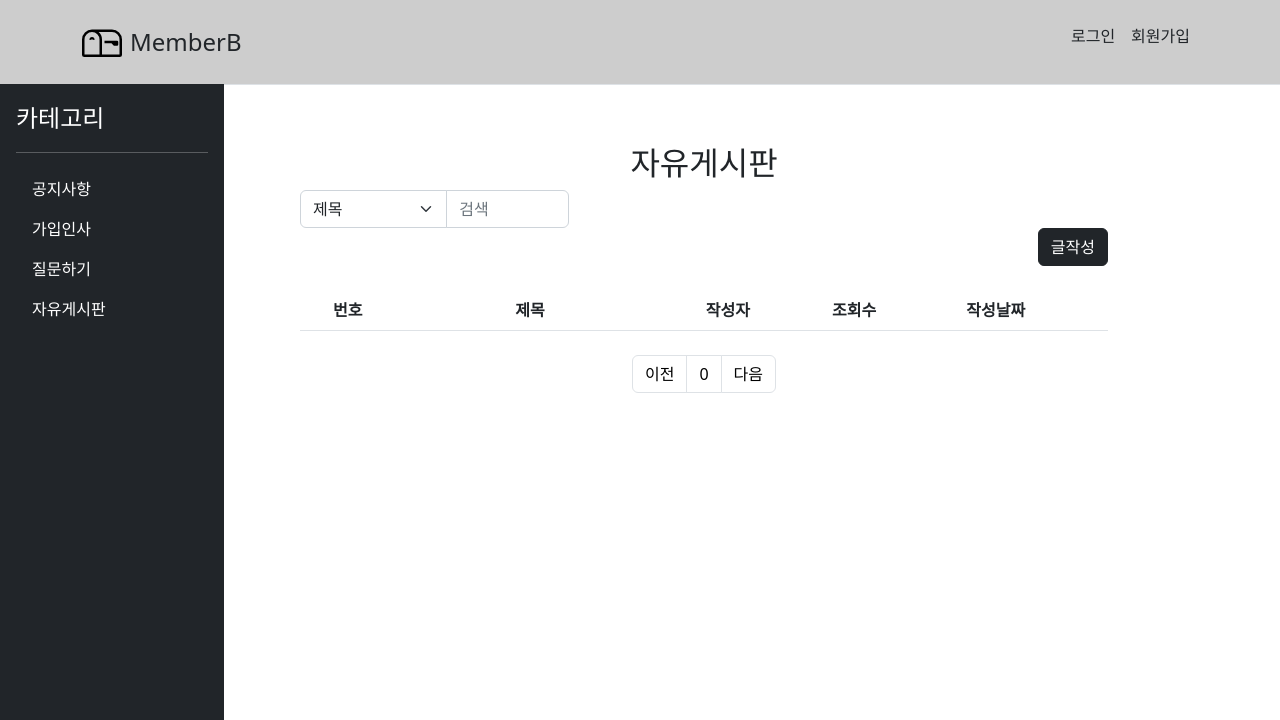
Repository: charmErin/board_220915
Page: http://localhost/board/WEB-INF/views/board/list.jsp
An editor plug-in stored every save of this project. The page is shown before and after the next save, followed by the edit.
The browser window is 1280 px wide. The pictures show the whole page.
The page is served by Tomcat 9. Nobody is signed in. Other server files are loaded and not shown. The template is opened directly, without the code that normally fills it, so the values that code supplies are empty.

Above is the page before, as saved 2022-09-19 00:51:48.

### board/src/main/webapp/WEB-INF/views/board/list.jsp
<%@ page language="java" contentType="text/html; charset=UTF-8"
    pageEncoding="UTF-8"%>
<%@ taglib uri="http://java.sun.com/jsp/jstl/core" prefix="c" %>
<%@ taglib prefix="fmt" uri="http://java.sun.com/jsp/jstl/fmt" %>
<!DOCTYPE html>
<html>
<head>
<meta charset="UTF-8">
<title>Insert title here</title>
<style>
	.body-content {
		margin-top: 9rem;
		margin-left: 15rem;
		padding-left: 3rem;
		padding-right: 10rem;
	}

	h2 {
		text-align: center;
	}

	a {
		text-decoration: none !important;
		color: #000 !important;
	}

	td a:hover {
		color: dodgerblue !important;
		cursor: pointer;
	}

	th {
		text-align: center !important;
	}

	td:not(:nth-child(2)) {
		text-align: center !important;
	}
</style>
</head>
<body>
	<%@include file ="../layout/header.jsp" %>
	<div class="body-content">
	<div class="container my-4">
		<c:choose>
			<c:when test="${category eq 1}">
				<h2>공지사항</h2>
			</c:when>
			<c:when test="${category eq 2}">
				<h2>가입인사</h2>
			</c:when>
			<c:when test="${category eq 3}">
				<h2>질문하기</h2>
			</c:when>
			<c:otherwise>
				<h2>자유게시판</h2>
			</c:otherwise>
		</c:choose>

		<div>
	    	<form class="col-4" action="/board/search" method="get">
				<div class="input-group">
					<select class="form-select col-1" name="searchType">
						<option value="boardTitle">제목</option>
						<option value="boardWriter">작성자</option>
						<option value="boardContetns">내용</option>
					</select>
					<input class="form-control col-2" type="text" name="q" placeholder="검색" aria-label="Search">
				</div>
			</form>
	    </div>


		<div class="d-grid gap-2 d-md-flex justify-content-md-end mb-4">
			<button onclick="boardSave()" class="btn btn-dark">글작성</button>
		</div>


		<table class="table table-hover">
			<tr>
				<th scope="row">번호</th>
				<th scope="row" class="col-4">제목</th>
				<th scope="row">작성자</th>
				<th scope="row">조회수</th>
				<th scope="row">작성날짜</th>
				<th></th>
			</tr>
			<c:forEach var="board" items="${boardList}">
				<tr>
					<td>${board.id}</td>
					<td>
						<a href="/board/detail/${board.id}?page=${pageDTO.page}">${board.boardTitle}</a>
						<c:if test="${board.boardFileName ne null}"><img src="#" alt=""/></c:if>
					</td>
					<td>${board.boardWriter}</td>
					<td>${board.boardHits}</td>
					<td><fmt:formatDate pattern="yyyy-MM-dd" value="${board.createdTime}"></fmt:formatDate></td>
					<td></td>
				</tr>
			</c:forEach>
		</table>
	</div>


	<div class="container">
        <ul class="pagination justify-content-center">
            <c:choose>
                <c:when test="${pageDTO.page<=1}">
                    <li class="page-item disabled">
                        <a class="page-link">이전</a>
                    </li>
                </c:when>
                <c:otherwise>
                    <li class="page-item">
                        <a class="page-link" href="/board/${categoryId}?page=${pageDTO.page-1}">이전</a>
                    </li>
                </c:otherwise>
            </c:choose>
            <c:forEach begin="${pageDTO.startPage}" end="${pageDTO.endPage}" var="i" step="1">
                <c:choose>
                    <c:when test="${i eq pageDTO.page}">
                        <li class="page-item active">
                            <a class="page-link">${i}</a>
                        </li>
                    </c:when>
                    <c:otherwise>
                        <li class="page-item">
                            <a class="page-link" href="/board/${categoryId}?page=${i}">${i}</a>
                        </li>
                    </c:otherwise>
                </c:choose>
            </c:forEach>
            <c:choose>
                <c:when test="${pageDTO.page>=pageDTO.maxPage}">
                    <li class="page-item disabled">
                        <a class="page-link">다음</a>
                    </li>
                </c:when>
                <c:otherwise>
                    <li class="page-item">
                        <a class="page-link" href="/board/${categoryId}?page=${pageDTO.page+1}">다음</a>
                    </li>
                </c:otherwise>
            </c:choose>
        </ul>
    </div>

</body>
<script>
	const boardSave = () => {
		location.href = "/board/save-form";
	}
</script>
</html>

### board/src/main/webapp/WEB-INF/views/layout/header.jsp
<%@ page language="java" contentType="text/html; charset=UTF-8"
    pageEncoding="UTF-8"%>
<%@ taglib uri="http://java.sun.com/jsp/jstl/core" prefix="c" %>
<%@ taglib prefix="fmt" uri="http://java.sun.com/jsp/jstl/fmt" %>
<!DOCTYPE html>
<html>
<head>
<meta charset="UTF-8">
<link href="https://cdn.jsdelivr.net/npm/bootstrap@5.2.1/dist/css/bootstrap.min.css" rel="stylesheet" integrity="sha384-iYQeCzEYFbKjA/T2uDLTpkwGzCiq6soy8tYaI1GyVh/UjpbCx/TYkiZhlZB6+fzT" crossorigin="anonymous">
<title>Insert title here</title>
<style>
	header {
		background: #CDCDCD;
	}

	.side-bar {
		width: 14rem;
		height: 100%;
		margin-top: 1rem;
		position: fixed;
		display: inline !important;
	}
</style>
</head>
<body>
	<header class="py-3 border-bottom header-fix fixed-top">
		<div class="container d-flex flex-wrap justify-content-center">
			<a href="/" class="d-flex align-items-center mb-3 mb-lg-0 me-lg-auto text-dark text-decoration-none">
				<img src="../../../resources/svg/mailbox.svg" width="40" height="40">
				<span class="fs-4 m-2">
					MemberB
				</span>
			</a>

			<div>
				<c:choose>
					<c:when test="${sessionScope.id == null}">
						<ul class="nav">
							<li class="nav-item">
								<a href="/member/login-form" class="nav-link link-dark px-2">로그인</a>
							</li>
							<li class="nav-item">
								<a href="/member/save-form" class="nav-link link-dark px-2">회원가입</a>
							</li>
						</ul>
					</c:when>
					<c:otherwise>
						<ul class="nav">
							<li class="nav-item">
								<a href="/member/detail/${sessionScope.id}" class="nav-link link-dark px-2">${sessionScope.memberName}</a>
							</li>
							<c:if test="${sessionScope.loginId eq 'admin'}">
								<li class="nav-item">
									<a href="/member/findAll" class="nav-link link-dark px-2">회원목록</a>
								</li>
							</c:if>
							<li class="nav-item">
								<a href="/member/logout" class="nav-link link-dark px-2">로그아웃</a>
							</li>
						</ul>
					</c:otherwise>
				</c:choose>
			</div>
		</div>
		<div class="d-flex flex-column flex-shrink-0 p-3 text-bg-dark side-bar">
			<span class="fs-4">카테고리</span>
			<hr>
			<ul class="nav nav-pills flex-column mb-auto">
				<li class="nav-item">
					<a href="/board/1" class="nav-link text-white">공지사항</a>
				</li>
				<li>
					<a href="/board/2" class="nav-link text-white">가입인사</a>
				</li>
				<li>
					<a href="/board/3" class="nav-link text-white">질문하기</a>
				</li>
				<li>
					<a href="/board/4" class="nav-link text-white">자유게시판</a>
				</li>
			</ul>
		</div>
	</header>
</body>
</html>

### board/src/main/webapp/resources/svg/mailbox.svg
<svg xmlns="http://www.w3.org/2000/svg" width="16" height="16" fill="currentColor" class="bi bi-mailbox" viewBox="0 0 16 16">
  <path d="M4 4a3 3 0 0 0-3 3v6h6V7a3 3 0 0 0-3-3zm0-1h8a4 4 0 0 1 4 4v6a1 1 0 0 1-1 1H1a1 1 0 0 1-1-1V7a4 4 0 0 1 4-4zm2.646 1A3.99 3.99 0 0 1 8 7v6h7V7a3 3 0 0 0-3-3H6.646z"/>
  <path d="M11.793 8.5H9v-1h5a.5.5 0 0 1 .5.5v1a.5.5 0 0 1-.5.5h-1a.5.5 0 0 1-.354-.146l-.853-.854zM5 7c0 .552-.448 0-1 0s-1 .552-1 0a1 1 0 0 1 2 0z"/>
</svg>

After the next save:
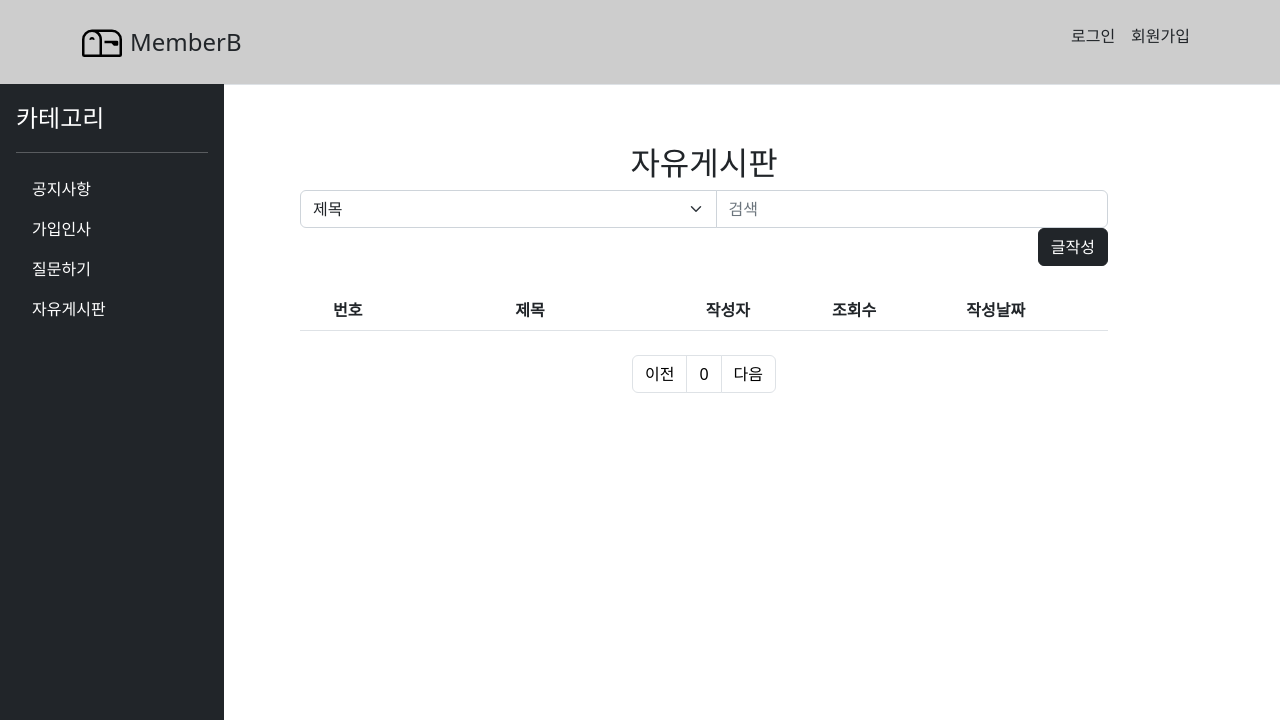
Saved 104 s later.
--- a/board/src/main/webapp/WEB-INF/views/board/list.jsp
+++ b/board/src/main/webapp/WEB-INF/views/board/list.jsp
@@ -58,8 +58,8 @@
 		</c:choose>
 
 		<div>
-	    	<form class="col-4" action="/board/search" method="get">
-				<div class="input-group">
+	    	<form action="/board/search" method="get">
+				<div class="input-group col-4">
 					<select class="form-select col-1" name="searchType">
 						<option value="boardTitle">제목</option>
 						<option value="boardWriter">작성자</option>
